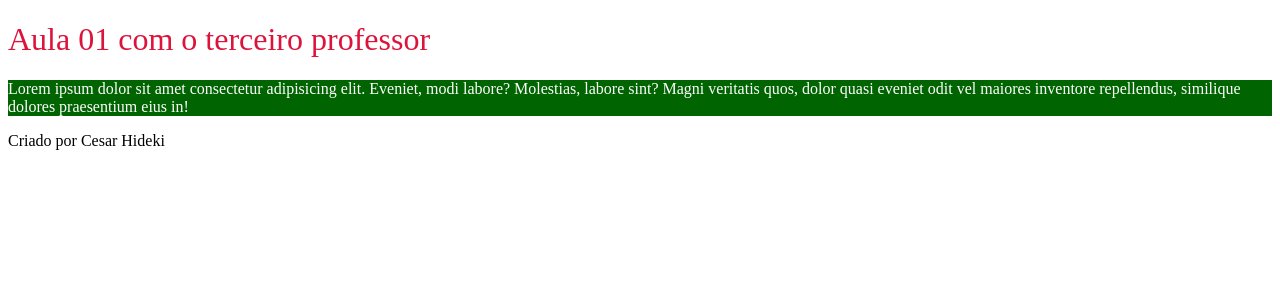
Repository: geracao-11/aula-01-pt2
Page: index.html
These files come from the project's save history. The page is drawn as it stood at one moment and after the next save; the edit follows.
The browser window is 1280 px wide. The pictures show the whole page.

Above is the page before, as saved 2025-04-09 10:17:09.

### index.html
<!DOCTYPE html>
<html lang="en">
<head>
    <meta charset="UTF-8">
    <meta name="viewport" content="width=device-width, initial-scale=1.0">
    <title>AULA 01</title>
    <link rel="stylesheet" href="style.css">
</head>
<body>
    <header>

    </header>
    <main>
        <h1>Aula 01 com o terceiro professor</h1>
        <p>Lorem ipsum dolor sit amet consectetur adipisicing elit. Eveniet, modi labore? Molestias, labore sint? Magni veritatis quos, dolor quasi eveniet odit vel maiores inventore repellendus, similique dolores praesentium eius in!</p>
    </main>
    <footer>
        Criado por Cesar Hideki
    </footer>
</body>
</html>

### style.css
h1 {
    font-size: xx-large;
    font-weight: lighter;
    color: crimson;
}

p {
    background-color: darkgreen;
    color: white;
}

After the next save:
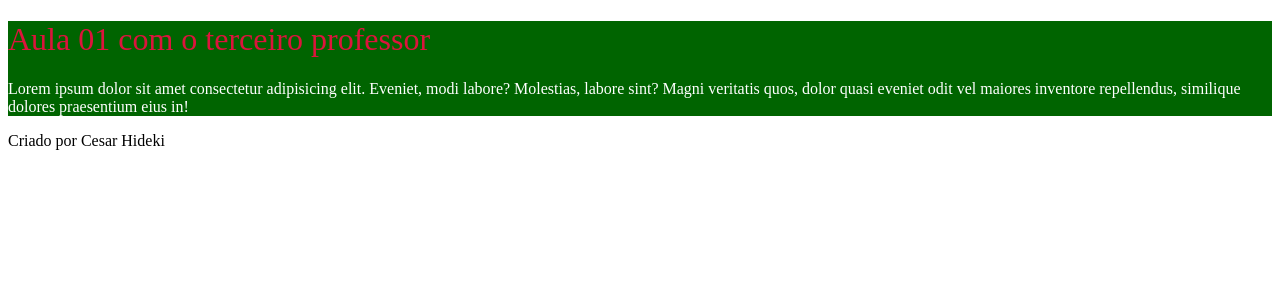
Saved 28 s later.
--- a/style.css
+++ b/style.css
@@ -4,7 +4,7 @@
     color: crimson;
 }
 
-p {
+main {
     background-color: darkgreen;
     color: white;
 }
